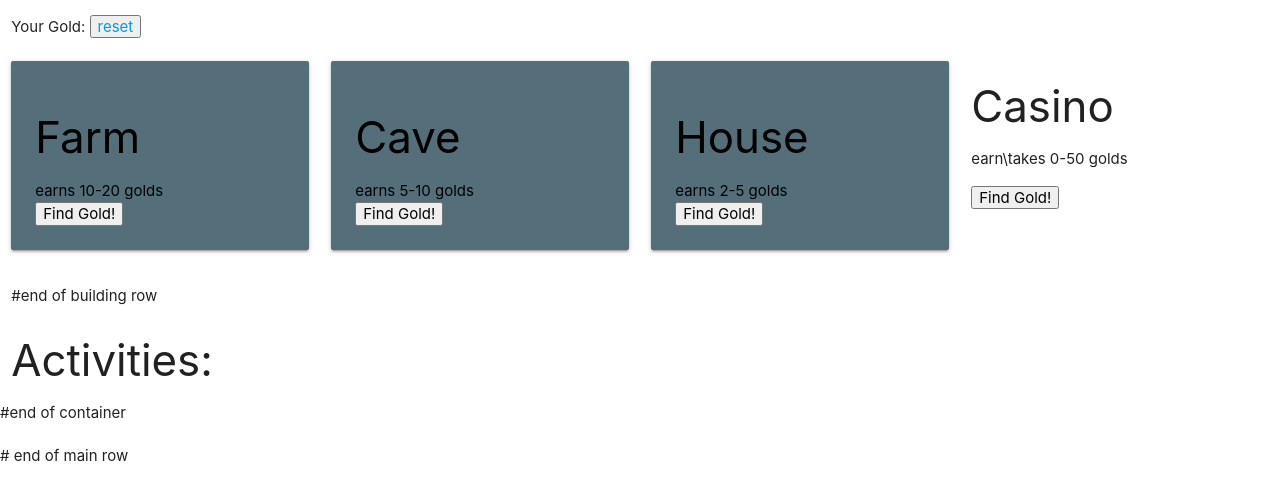
Repository: bvnger/Ninja_gold_flask
Page: templates/index.html
The author's editor kept a copy of each file at every save. The page is drawn from the files as they stood at one save, then again after the next save.
The browser window is 1280 px wide. The pictures show the whole page.
The page is served by the project's application, run on Flask 3 (server.py). The template is opened directly, without the code that normally fills it, so the values that code supplies are empty.

Above is the page before, as saved 2019-11-04 14:27:17.

After the next save:
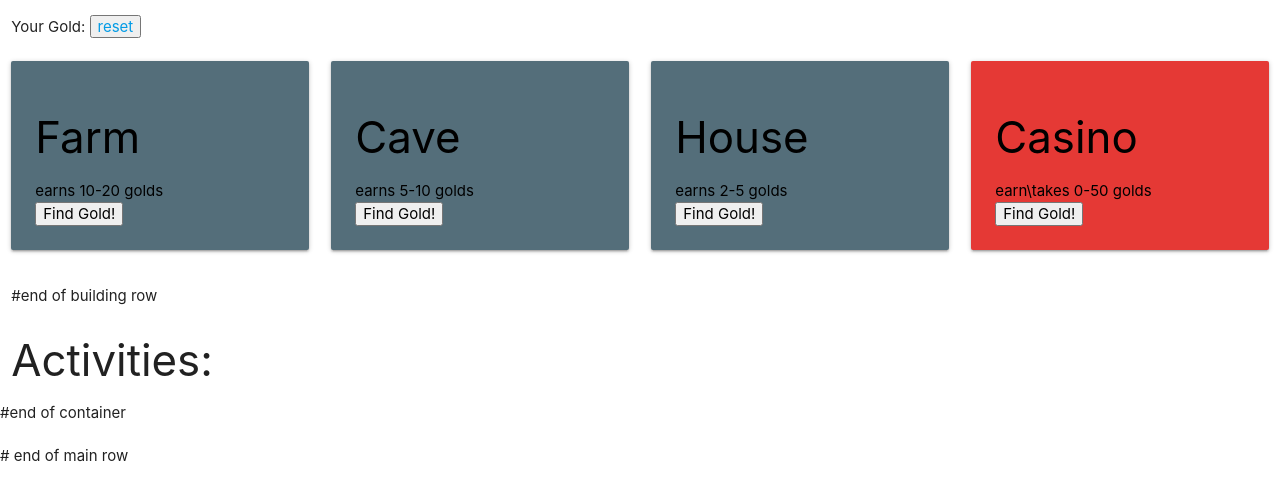
Saved 41 s later.
--- a/templates/index.html
+++ b/templates/index.html
@@ -54,11 +54,15 @@
 </div>
 </div> <!--end of house-->
 <form class="col s3" action="/process" method="POST">
+    <div class="card red darken-1">
+    <div class ="card-content black-text">
     <h3>Casino</h3>
     <p>earn\takes 0-50 golds</p>
     <input type="hidden" name="building"  value="casino"></input>
     <button type="submit">Find Gold!</button>
 </form>
+</div>
+</div> <!--end of casino-->
 </div> #end of building row
         </div>
         <div class ="bot">
